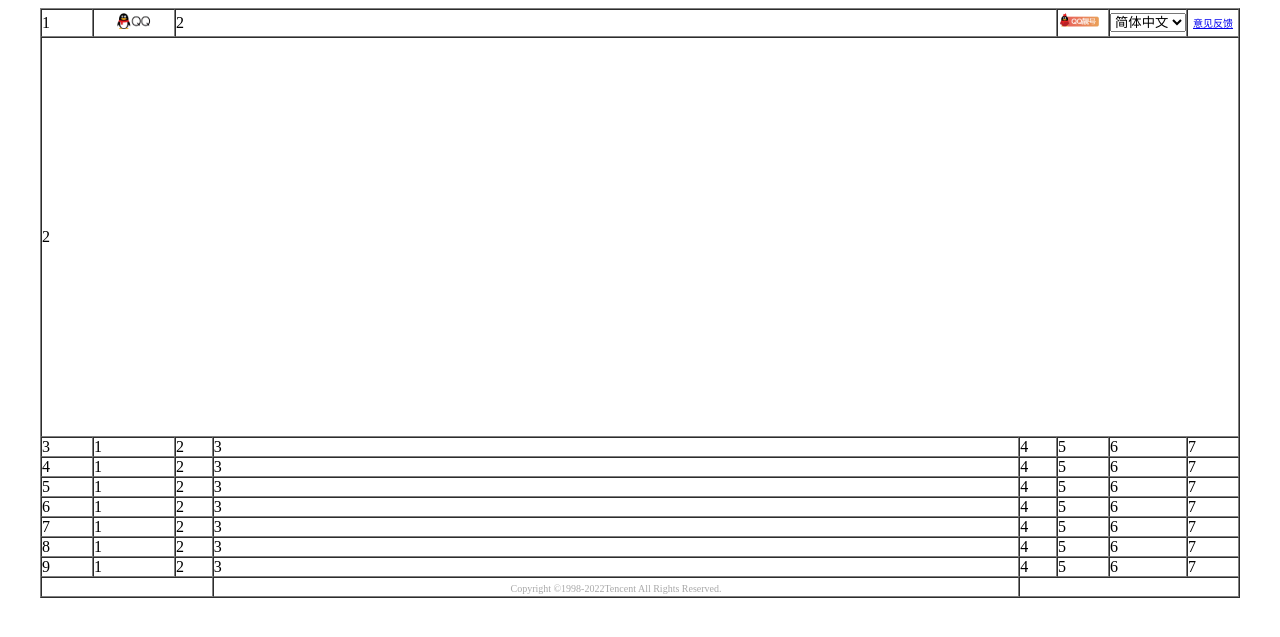
Repository: l897284707/0913
Page: qq注册界面.html
The author's editor kept a copy of each file at every save. The page is drawn from the files as they stood at one save, then again after the next save.
The browser window is 1280 px wide. The pictures show the whole page.

Above is the page before, as saved 2022-09-13 20:49:12.

After the next save:
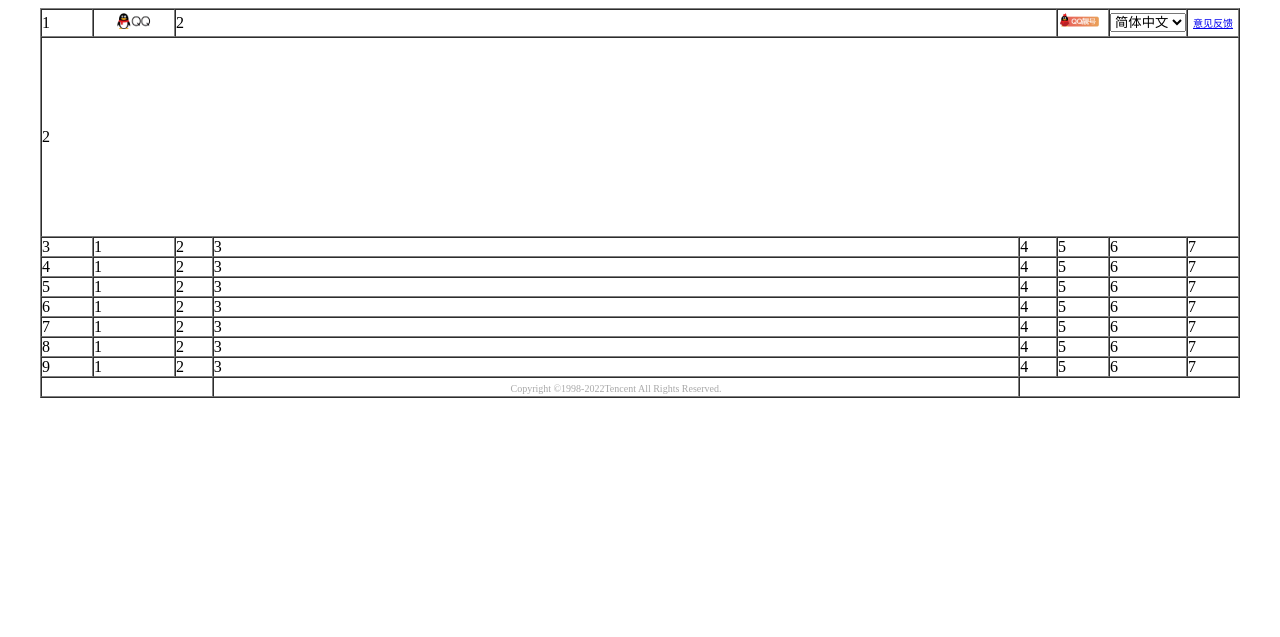
Saved 9 s later.
--- a/qq注册界面.html
+++ b/qq注册界面.html
@@ -30,7 +30,7 @@
                 <a href=" ">意见反馈</a>
             </td>
         </tr>
-        <tr style="height: 400px;">
+        <tr style="height: 200px;">
             <td colspan="8">2</td>
 
         </tr>
